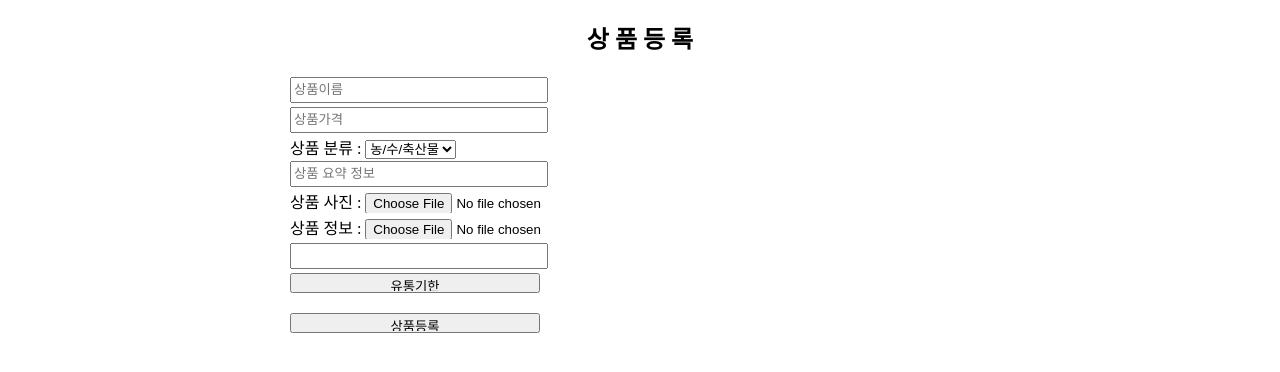
Repository: fellownew/project_workspace
Page: http://localhost/shoppingmall/WEB-INF/view/body/product/product_join_form.jsp
The author's editor kept a copy of each file at every save. The page is drawn from the files as they stood at one save, then again after the next save.
The browser window is 1280 px wide. The pictures show the whole page.
The page is served by Tomcat 9. Nobody is signed in. The template is opened directly, without the code that normally fills it, so the values that code supplies are empty.

Above is the page before, as saved 2015-06-11 01:49:57.

After the next save:
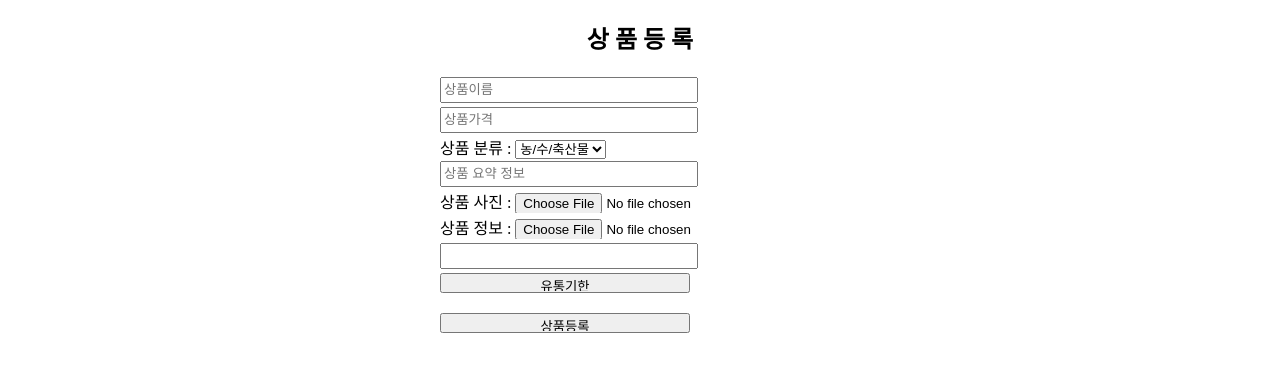
Saved 37 s later.
--- a/shoppingmall/WebContent/WEB-INF/view/body/product/product_join_form.jsp
+++ b/shoppingmall/WebContent/WEB-INF/view/body/product/product_join_form.jsp
@@ -50,7 +50,7 @@
 </style>
 <div style="width: 700px;margin:0 auto">
 <h2 style="text-align: center"> 상 품 등 록 </h2>
-	<div id="join_form" style="width:400px;text-align: left">
+	<div id="join_form" style="width:400px;margin:0 auto;text-align: left">
 		<form action="insertProduct.do" method="POST" enctype="multipart/form-data">
 			<input type="text" id="productName" name="productName" placeholder="상품이름" maxlength="50" required="required"/><br>
 			<input type="number" id="productPrice" name="productPrice" placeholder="상품가격" required="required"/><br>
